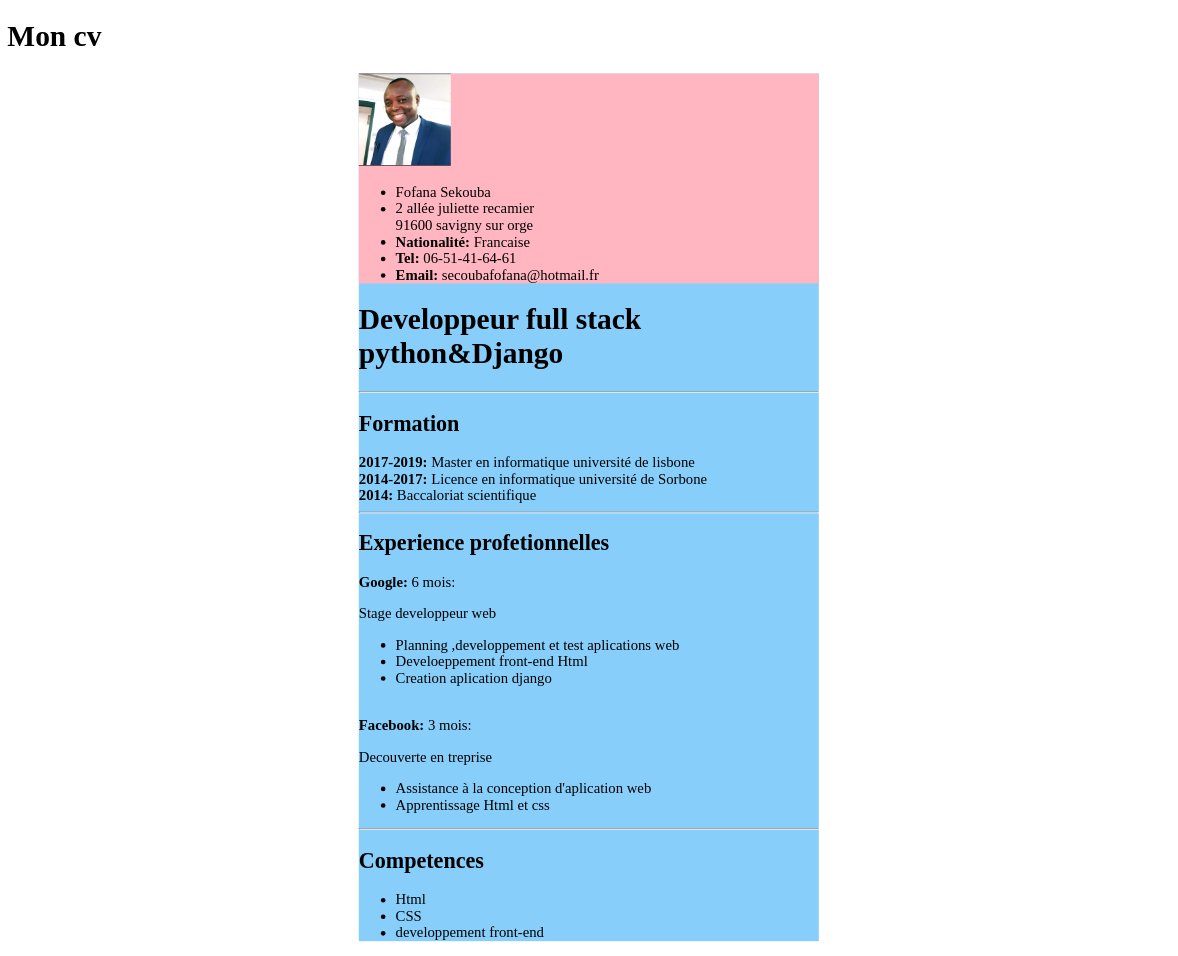
Repository: lamdakara/cv-html
Page: index.html
An editor plug-in stored every save of this project. The page is shown before and after the next save, followed by the edit.
The browser window is 1280 px wide. The pictures show the whole page, at 92% of full size.
Some web libraries are served in a nearby version.

Above is the page before, as saved 2023-08-26 13:41:46.

After the next save:
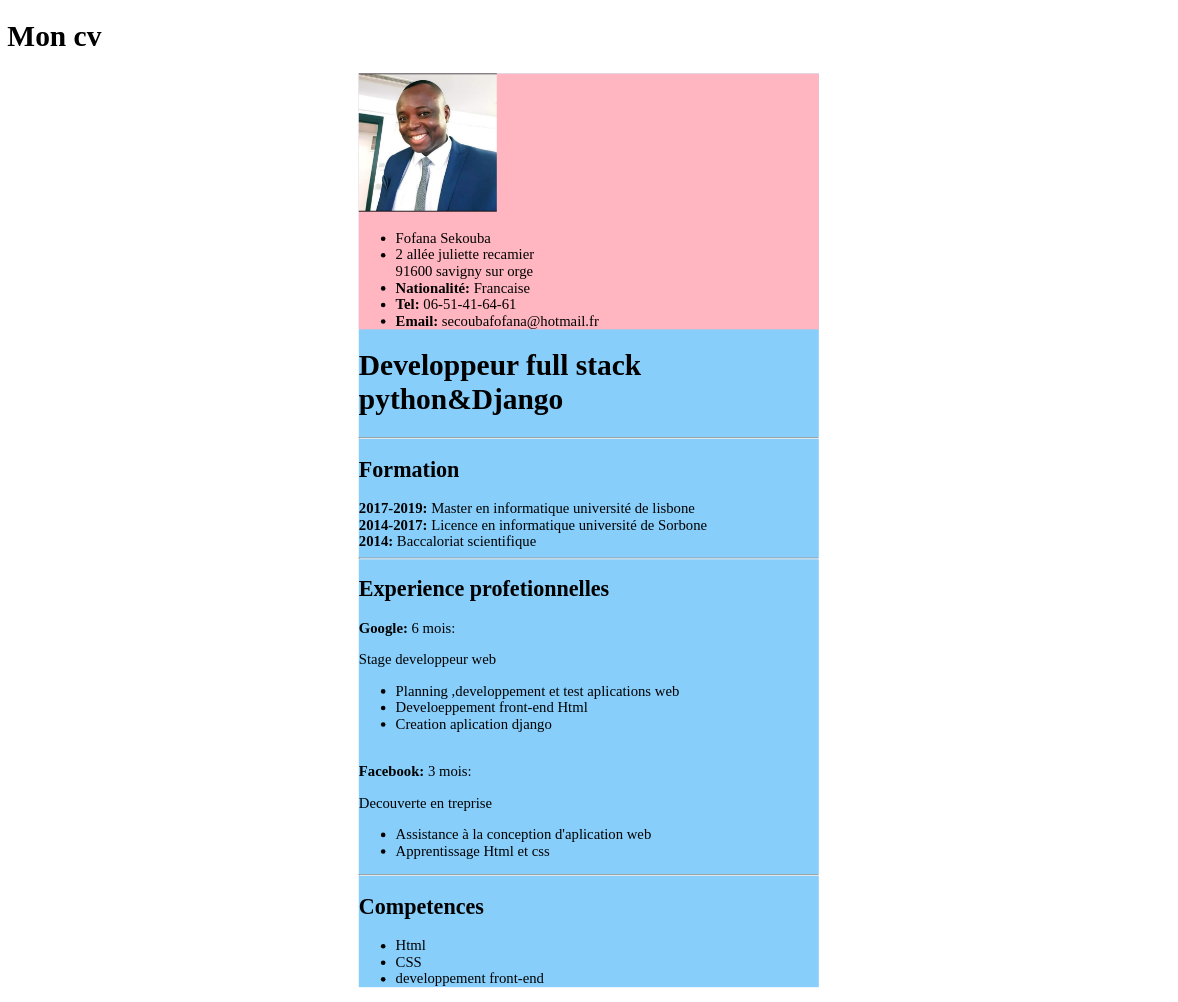
Saved 31 s later.
--- a/css/style.css
+++ b/css/style.css
@@ -8,6 +8,6 @@
     background-color:lightpink;
 }
 img{
-    width: 100px;
-    height: 100px;
+    width: 150px;
+    height: 150px;
 }
